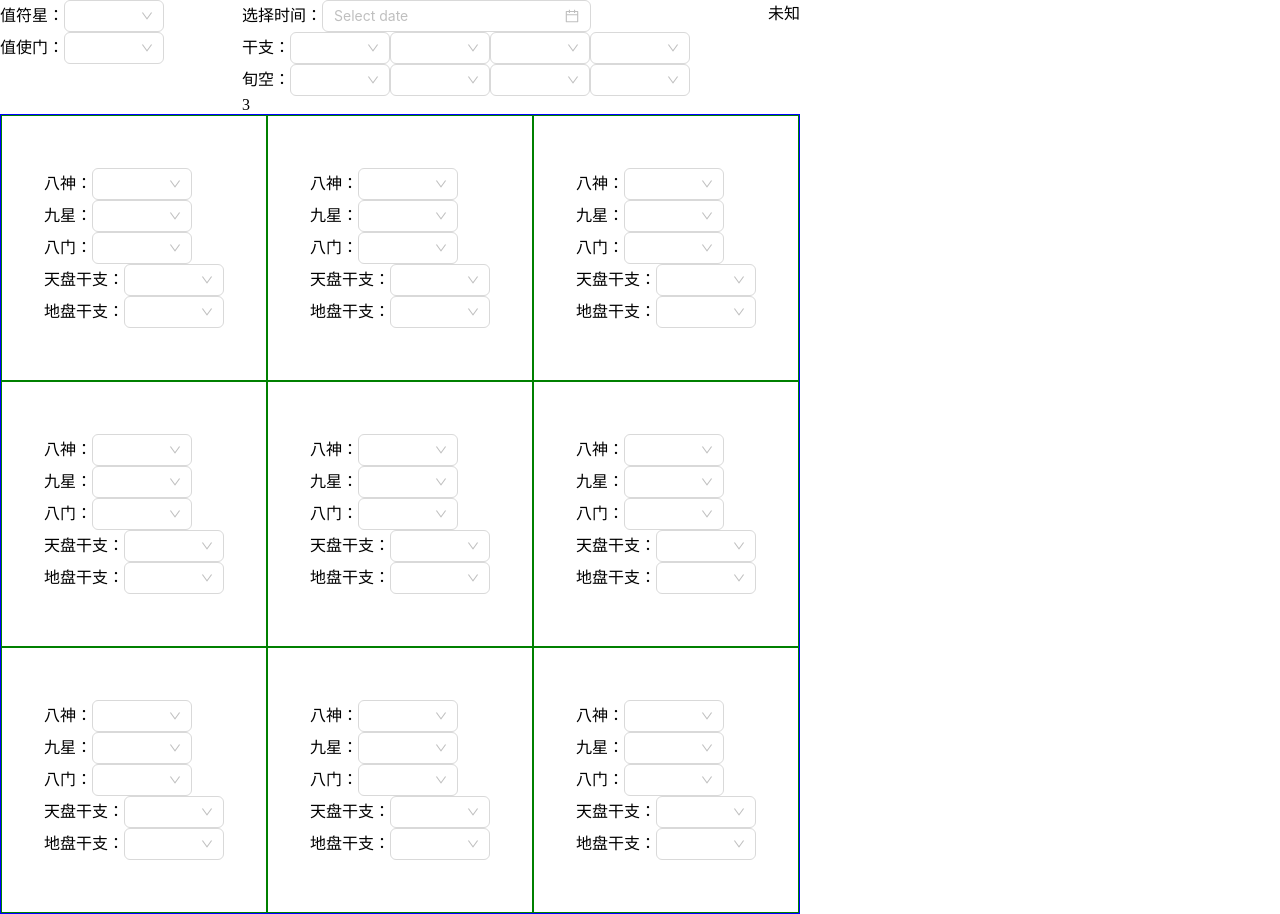
Repository: DaozhangChen/qiMen
Page: /
The author's editor kept a copy of each file at every save. The page is drawn from the files as they stood at one save, then again after the next save.
The browser window is 1280 px wide. The pictures show the whole page.
The project was rebuilt for these pictures with package versions that can differ from the ones it lists, and the page was loaded fresh each time. Also part of the build but not shown: vite.config.js.

Above is the page before, as saved 2024-04-05 23:47:10.

After the next save:
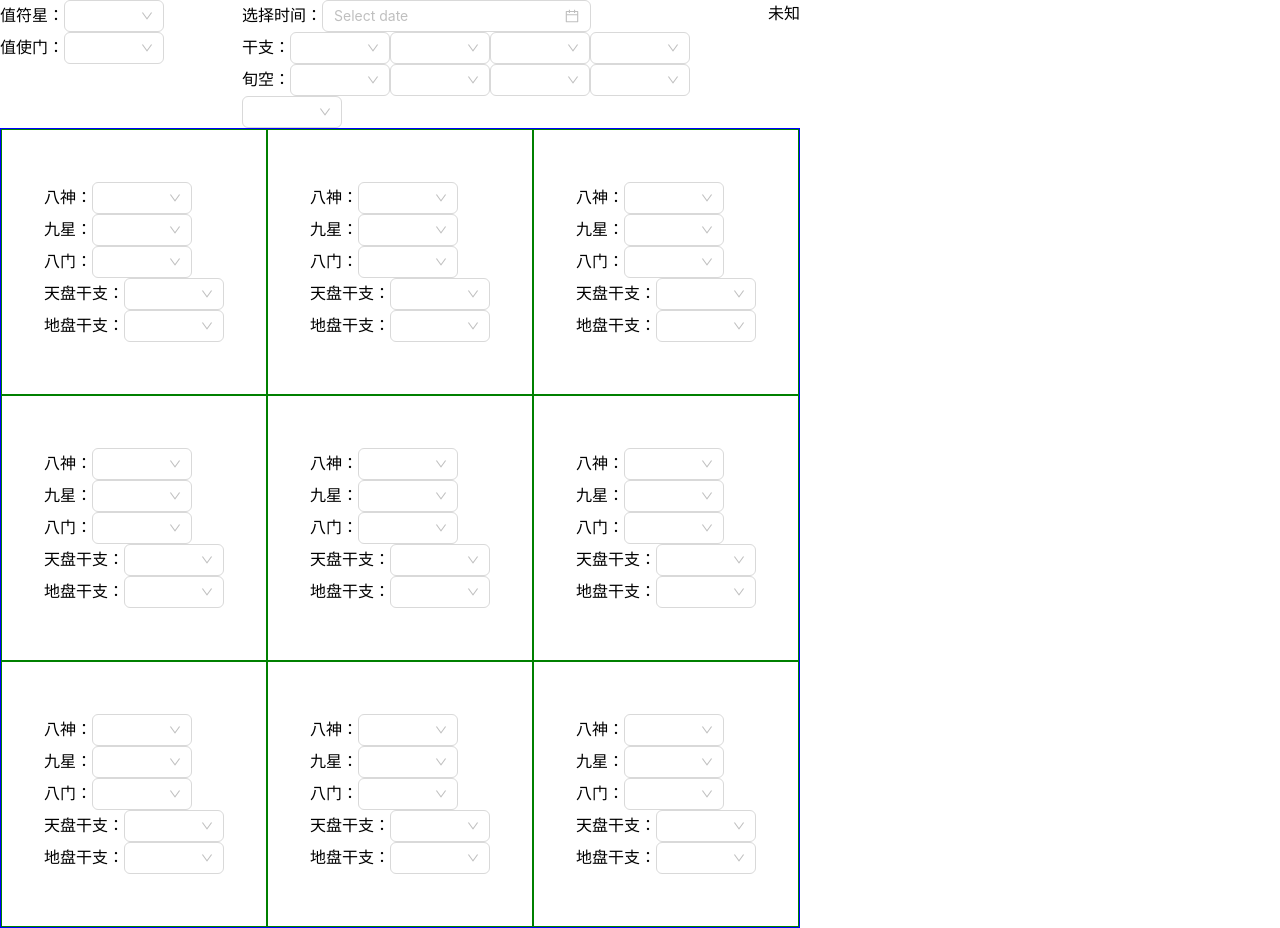
Saved 40 s later.
--- a/src/compoment/HeaderInfo.jsx
+++ b/src/compoment/HeaderInfo.jsx
@@ -34,7 +34,11 @@ const HeaderInfo = ({ setHeaderInfo }) => {
                             <InfoSelect type="headerTimeNull" setDetailInfo={setHeaderInfo} area="header" />
                         </span>
                     </div>
-                    <div>3</div>
+                    <div>
+                        <span>
+                            <InfoSelect type="curPattern" setDetailInfo={setHeaderInfo} area="header" />
+                        </span>
+                    </div>
                 </div>
                 <div>未知</div>
             </div>
